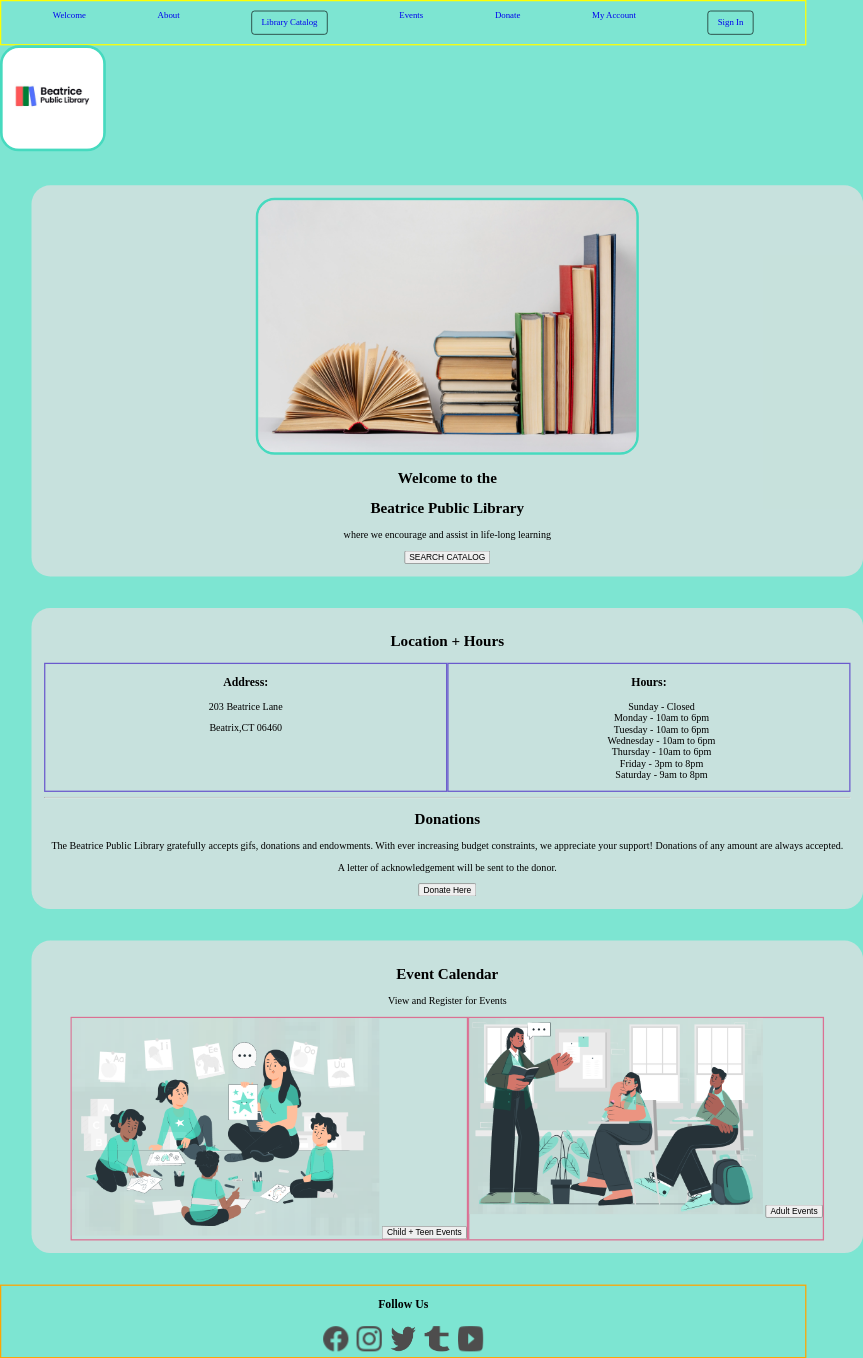
Repository: cokoduwa/RA-Wk5-Library
Page: index.html
These files come from the project's save history. The page is drawn as it stood at one moment and after the next save; the edit follows.
The browser window is 1280 px wide. The page is 1370 px wide, so the pictures cover 1370 px, including what lies to the right of the window. The pictures show the whole page, at 63% of full size.

Above is the page before, as saved 2023-01-17 22:20:45.

After the next save:
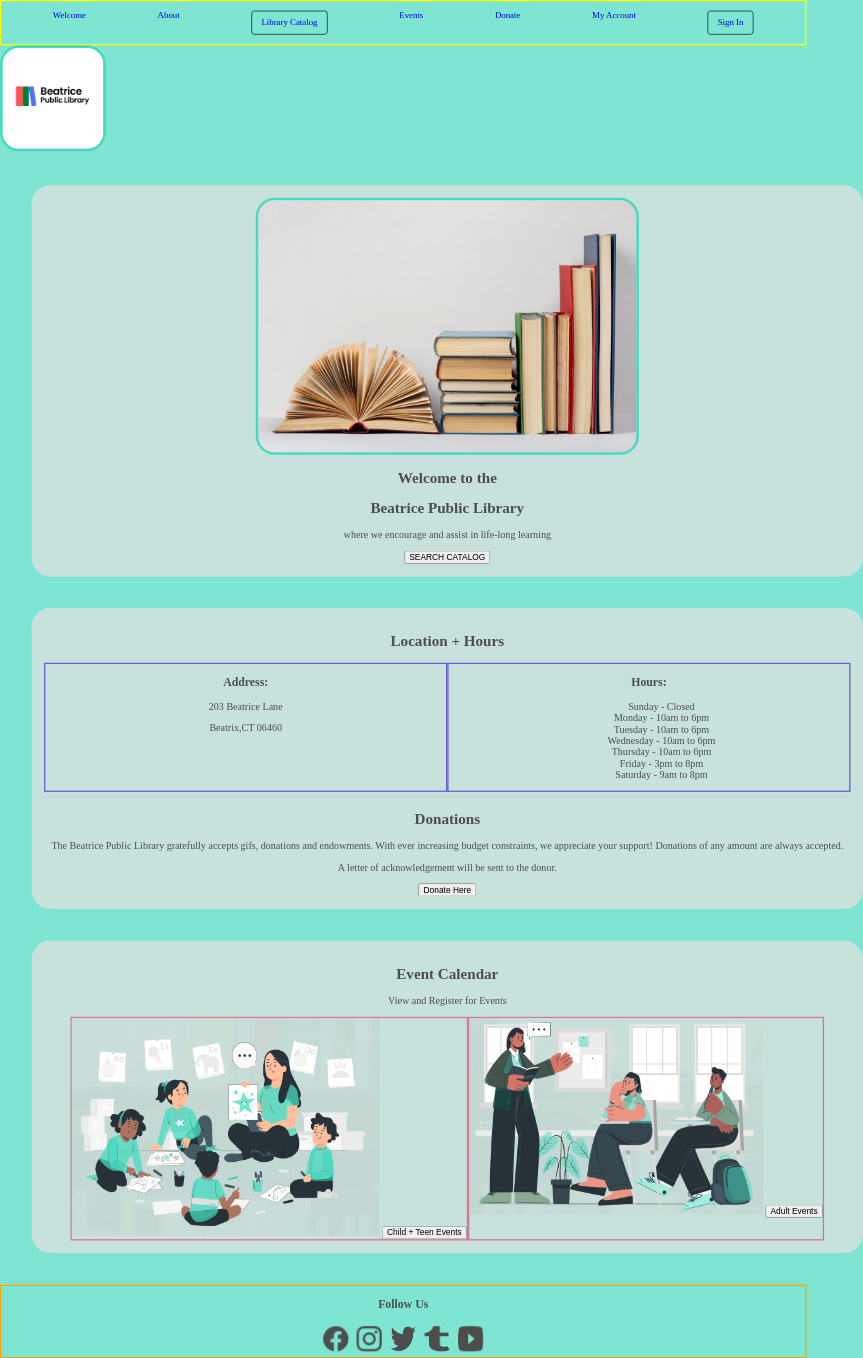
Saved 24 s later.
--- a/index.css
+++ b/index.css
@@ -1,6 +1,7 @@
 body {
     margin: 0;
     background: rgb(70, 218, 191, 0.7);
+    color: #4E4D4D;
 }
 
 /* main {
@@ -19,7 +20,7 @@ nav {
     padding: 15px 25px;
     font-size: 14px;
     font-weight: 500;
-    color: #4E4D4D;
+
 }
 
 nav a {
